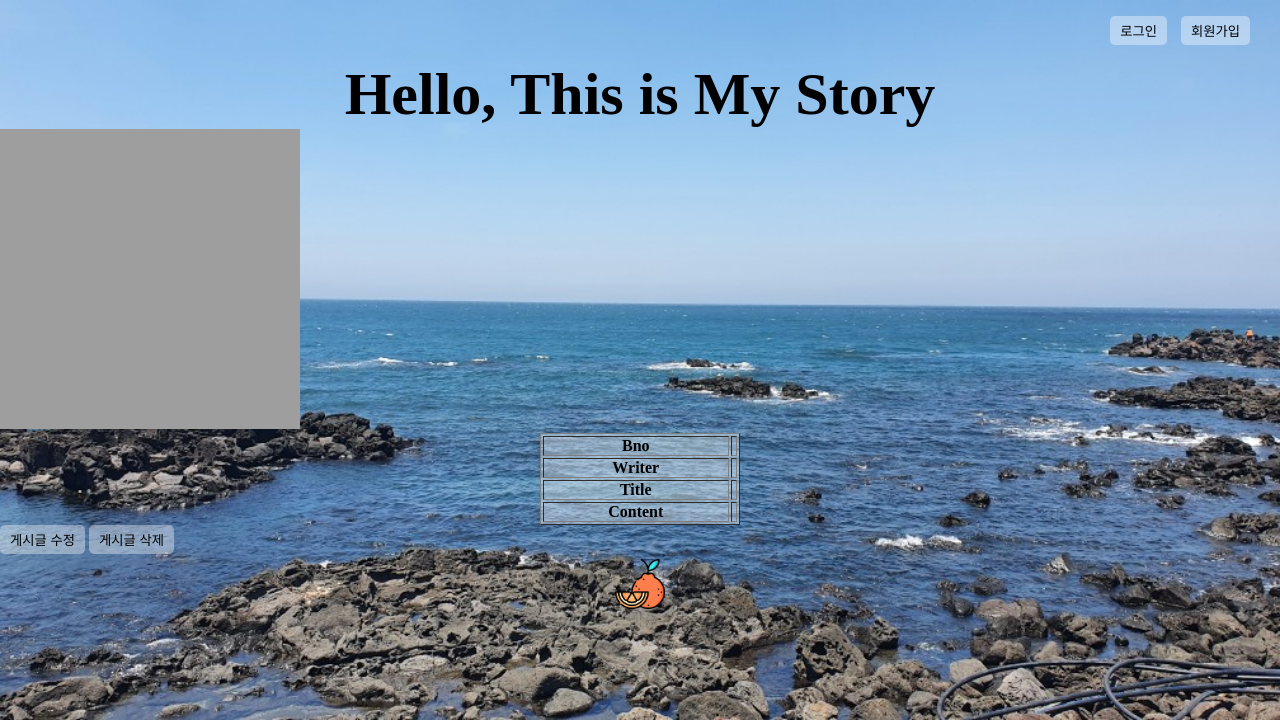
Repository: jeeniii/test2022_12_29
Page: http://localhost/portfolio/board/detail.jsp
These files come from the project's save history. The page is drawn as it stood at one moment and after the next save; the edit follows.
The browser window is 1280 px wide. The pictures show the whole page.
Pictures or frames that could not be fetched are drawn as grey boxes. The page is served by Tomcat 9. The template is opened directly, without the code that normally fills it, so the values that code supplies are empty.

Above is the page before, as saved 2022-12-14 01:38:54.

After the next save:
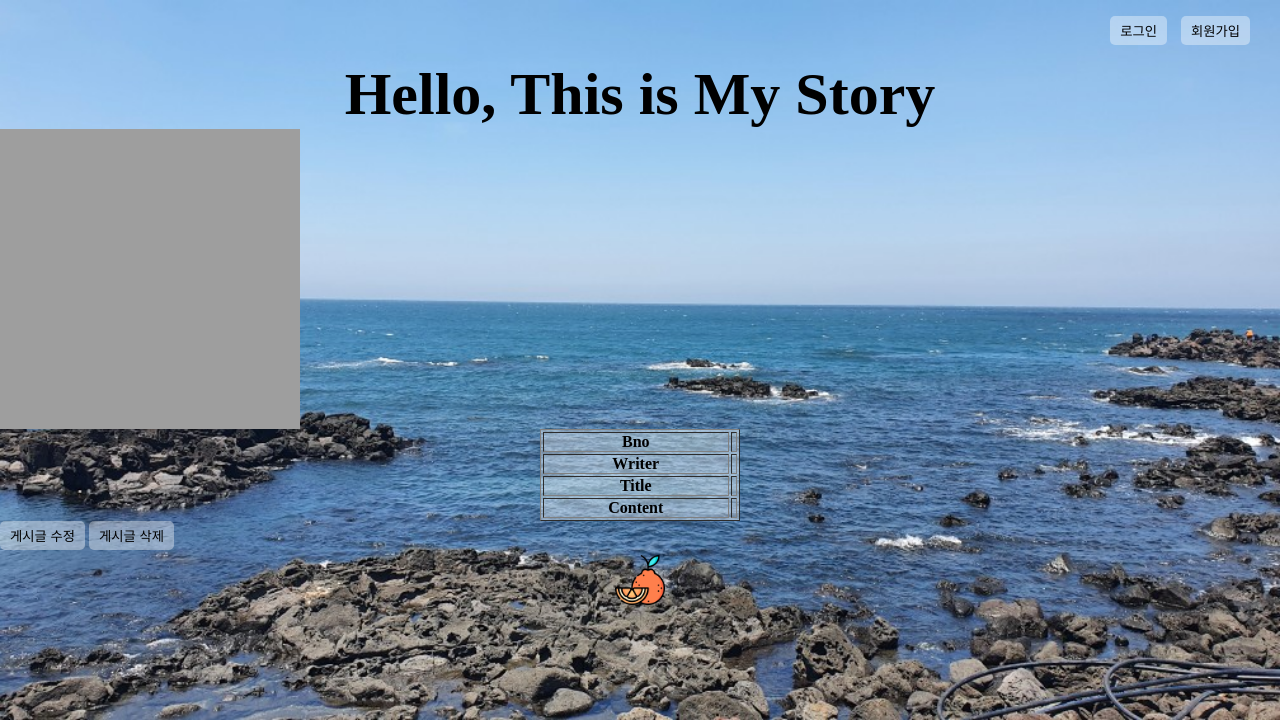
Saved 50 s later.
--- a/JSP_Portfolio/portfolio/src/main/webapp/resources/css/boardDetail.css
+++ b/JSP_Portfolio/portfolio/src/main/webapp/resources/css/boardDetail.css
@@ -8,4 +8,6 @@ table {
 img{
 	width: 300px;
 	height: 300px;
+	display: flex;
+	justify-content: center;
 }
